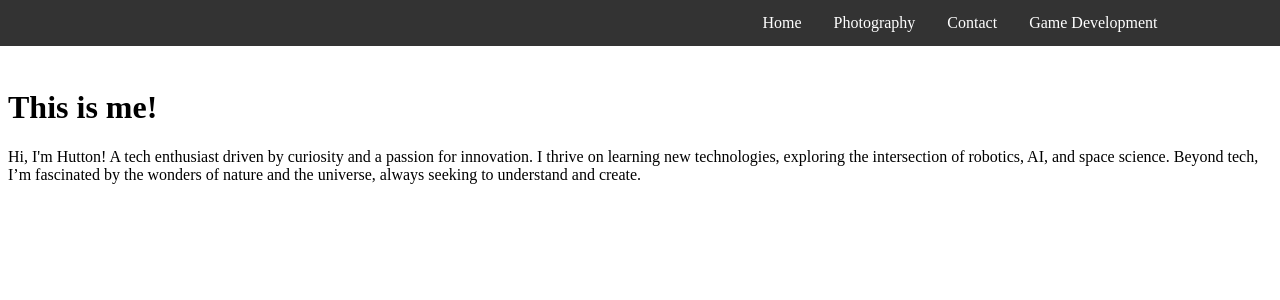
Repository: Argivist/ArgPortfolio
Page: index.html
These files come from the project's save history. The page is drawn as it stood at one moment and after the next save; the edit follows.
The browser window is 1280 px wide. The pictures show the whole page.

Above is the page before, as saved 2025-03-28 15:08:28.

After the next save:
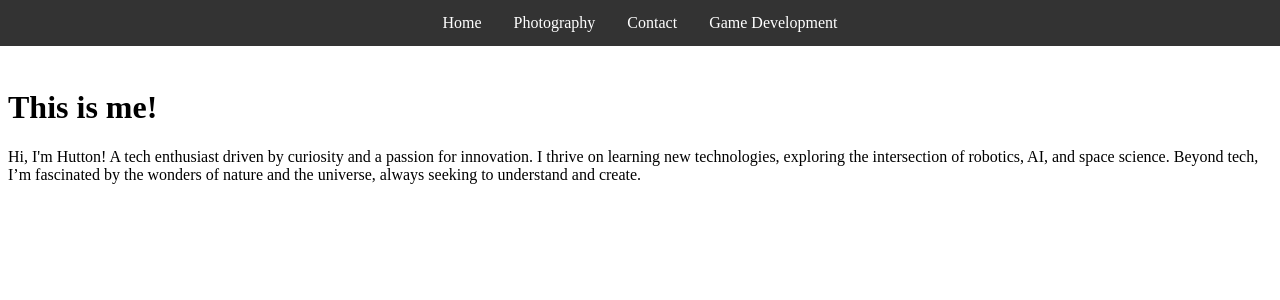
Saved 76 s later.
--- a/css/nav.css
+++ b/css/nav.css
@@ -15,7 +15,7 @@
 
 .dropdown-content {
     display: none;
-    position: absolute; /* Changed from relative to absolute */
+    position: absolute; /* This makes it overlay other elements without affecting layout */
     background-color: #f9f9f9;
     min-width: 160px;
     box-shadow: 0px 8px 16px 0px rgba(0,0,0,0.2);
@@ -26,68 +26,36 @@
 nav {
     background-color: #333;
     position: fixed;
-
-    top: 0;
-    left: 0;
-    /* bottom: auto; */
-    width: 100vw;
-    z-index: 100;
-    margin: 0;
-    align-items: center;
-}
-.padding {
-    height: 60px;
-}
-nav {
-    background-color: #333;
-    position: fixed;
     top: 0;
     left: 0;
     width: 100vw;
     z-index: 100;
     display: flex;
-    justify-content: center;  /* Centers the nav content */
+    justify-content: center;  /* Centers the nav content horizontally */
     align-items: center;      /* Vertically centers items */
     margin: 0;
 }
+
+/* Reserve space for the fixed navbar */
+.padding {
+    height: 60px;  /* Adjust this value to match your navbar's height */
+}
+
+/* Nav List Styles */
 nav ul {
     list-style-type: none;
     margin: 0;
     padding: 0;
     display: flex;
 }
+
 nav ul li {
     display: inline-block;
     margin: 0;
-}
-
-/* nav ul {
-    list-style-type: none;
-    margin: 0;
-    padding: 0;
-    overflow: hidden;
-    margin-left: 50%;
-    transform: translateX(-50%);
-} */
-nav ul {
-    list-style-type: none;
-    margin: 0;
-    padding: 0;
-    margin-left: 50%;
-    /* transform: translateX(-50%); */
-}
-
-.dropdown ul li{
-    width: 100%;
-}
-
-nav ul li {
-    display: inline-block; /* Better control than 'inline' */
-    margin: 0;
-    /* width: 100%; */
     text-align: center;
 }
 
+/* Nav Links */
 nav ul li a {
     display: block;
     color: white;
@@ -99,3 +67,8 @@ nav ul li a {
 nav ul li a:hover {
     background-color: #111;
 }
+
+/* Optional: Ensure dropdown list items take full width */
+.dropdown ul li {
+    width: 100%;
+}
